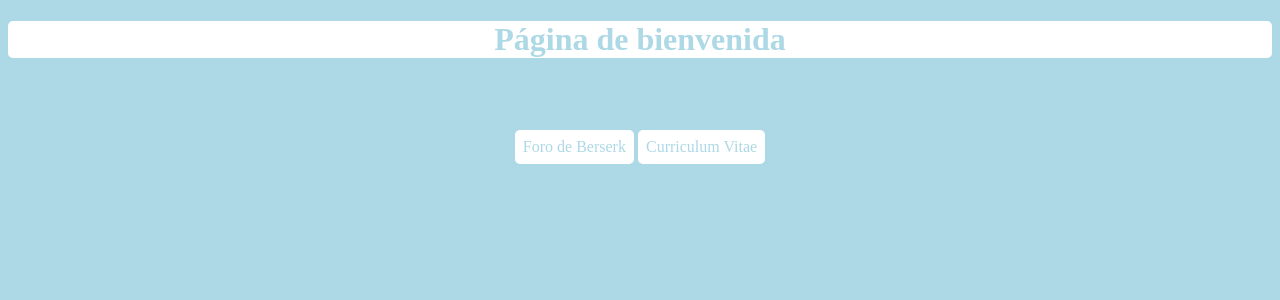
Repository: MateoSantander/Ejercicios4y5
Page: Ejercicio_4/src/main/webapp/index.html
An editor plug-in stored every save of this project. The page is shown before and after the next save, followed by the edit.
The browser window is 1280 px wide. The pictures show the whole page.

Above is the page before, as saved 2022-03-24 12:57:44.

### Ejercicio_4/src/main/webapp/index.html
<!DOCTYPE html>
<html>
<head>
<meta charset="UTF-8">
<title>Insert title here</title>
<link rel="stylesheet" href="css/index.css">
</head>
<body>
<header><h1>Página de bienvenida</h1></header>
<h2></h2>
	<nav>
		<a href="otrasPaginas/pagina_principal.html">Foro de Berserk</a>
		<a href="otrasPaginas/paginaCV.html">Curriculum Vitae</a>
		</nav>
</body>
</html>

### Ejercicio_4/src/main/webapp/css/index.css
@charset "ISO-8859-1";

body{
background-color: lightblue;
text-align:center;
}

header>h1{

       color:lightblue;
        text-align:center;
        border-radius: 5px;
       	background-color:white;
  }


nav>a{
	text-align:center;
    margin-top: 50px;
    border-radius: 5px;
    padding: 8px;
    background-color:white;
    display: inline-block;
    text-decoration: none;
    color: lightblue;
}

After the next save:
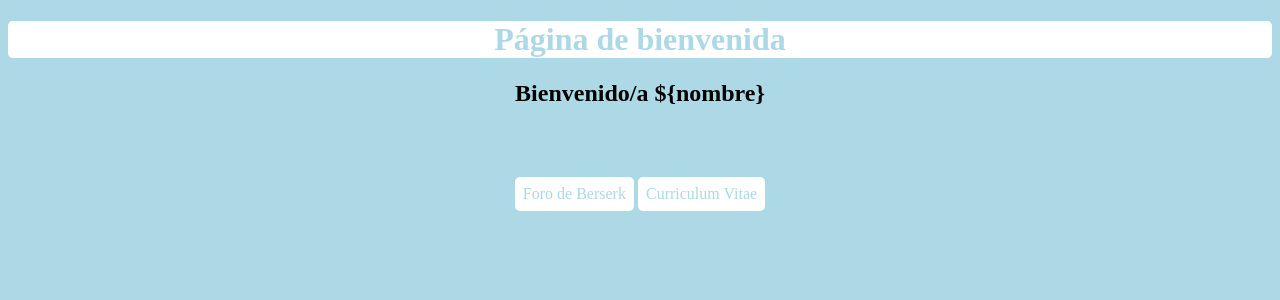
Saved 46 s later.
--- a/Ejercicio_4/src/main/webapp/index.html
+++ b/Ejercicio_4/src/main/webapp/index.html
@@ -7,7 +7,7 @@
 </head>
 <body>
 <header><h1>Página de bienvenida</h1></header>
-<h2></h2>
+<h2>Bienvenido/a ${nombre}</h2>
 	<nav>
 		<a href="otrasPaginas/pagina_principal.html">Foro de Berserk</a>
 		<a href="otrasPaginas/paginaCV.html">Curriculum Vitae</a>
